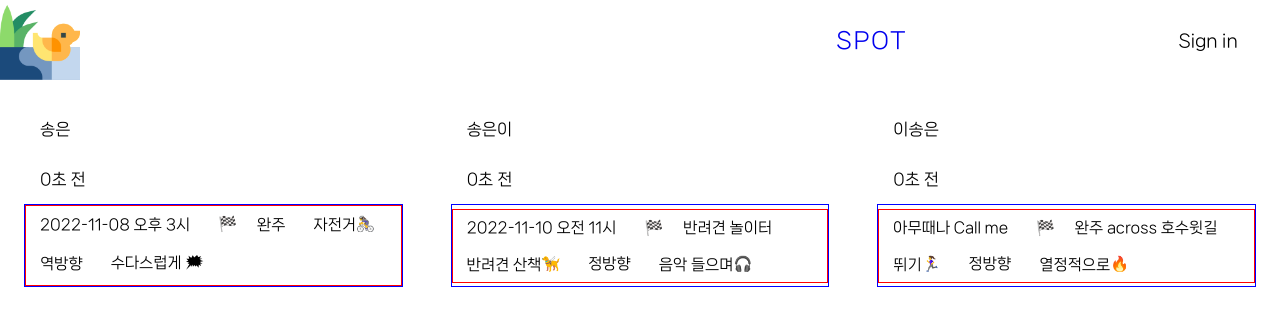
Repository: songeunleee/youngrangho
Page: /
These files come from the project's save history. The page is drawn as it stood at one moment and after the next save; the edit follows.
The browser window is 1280 px wide. The pictures show the whole page.
Some web libraries are served in a nearby version. The project was rebuilt for these pictures with package versions that can differ from the ones it lists, and the page was loaded fresh each time. Some packages were replaced by stand-ins written for this rebuild. Also part of the build but not shown: src/app.module.css, src/components/activity/activity.module.css, src/components/footer/footer.module.css, src/components/footer/footer.jsx, src/components/home/home.module.css, src/components/home/home.jsx, src/components/add_spot/add_spot.module.css, src/components/add_spot/add_spot.jsx and 6 more.

Above is the page before, as saved 2022-11-08 18:59:55.

### public/index.html
<!DOCTYPE html>
<html lang="en">
  <head>
    <meta charset="utf-8" />
    <script src="https://cdn.jsdelivr.net/npm/sweetalert2@10"></script>
    <script
      src="https://kit.fontawesome.com/7fb71a1d7b.js"
      crossorigin="anonymous"
    ></script>
    <link rel="icon" href="%PUBLIC_URL%/favicon.ico" />
    <meta name="viewport" content="width=device-width, initial-scale=1" />
    <meta name="theme-color" content="#000000" />
    <link rel="preconnect" href="https://fonts.googleapis.com" />
    <link rel="preconnect" href="https://fonts.gstatic.com" crossorigin />
    <link
      href="https://fonts.googleapis.com/css2?family=Noto+Sans+KR:wght@100;300;400&family=Noto+Serif+KR:wght@200;400&family=Varela+Round&display=swap"
      rel="stylesheet"
    />

    <meta
      name="description"
      content="Web site created using create-react-app"
    />
    <link rel="apple-touch-icon" href="%PUBLIC_URL%/logo192.png" />
    <!--
      manifest.json provides metadata used when your web app is installed on a
      user's mobile device or desktop. See https://developers.google.com/web/fundamentals/web-app-manifest/
    -->
    <link rel="manifest" href="%PUBLIC_URL%/manifest.json" />
    <!--
      Notice the use of %PUBLIC_URL% in the tags above.
      It will be replaced with the URL of the `public` folder during the build.
      Only files inside the `public` folder can be referenced from the HTML.

      Unlike "/favicon.ico" or "favicon.ico", "%PUBLIC_URL%/favicon.ico" will
      work correctly both with client-side routing and a non-root public URL.
      Learn how to configure a non-root public URL by running `npm run build`.
    -->
    <title>React App</title>
  </head>
  <body>
    <noscript>You need to enable JavaScript to run this app.</noscript>
    <div id="root"></div>
    <!--
      This HTML file is a template.
      If you open it directly in the browser, you will see an empty page.

      You can add webfonts, meta tags, or analytics to this file.
      The build step will place the bundled scripts into the <body> tag.

      To begin the development, run `npm start` or `yarn start`.
      To create a production bundle, use `npm run build` or `yarn build`.
    -->
  </body>
</html>

### src/index.js
import React from "react";
import ReactDOM from "react-dom/client";
import "./index.css";
import App from "./app";
import { firebaseApp } from "./service/firebase";
import AuthService from "./service/auth_service";
import FileUpload from "./service/file_upload";
import Repository from "./service/repositiry";

const repository = new Repository(firebaseApp);
const fileUpload = new FileUpload(firebaseApp);
const authService = new AuthService(firebaseApp);

const root = ReactDOM.createRoot(document.getElementById("root"));
root.render(
  <React.StrictMode>
    <App
      authService={authService}
      fileUpload={fileUpload}
      repository={repository}
    />
  </React.StrictMode>
);

### src/index.css
@font-face {
  font-family: "font1";
  src: url("../public/fonts/NanumSquareNeo-aLt.ttf") format("truetype");
  font-weight: normal;
}

@font-face {
  font-family: "font2";
  src: url("../public/fonts/NanumSquareNeo-bRg.ttf") format("truetype");
  font-weight: bold;
}

@font-face {
  font-family: "font3";
  src: url("../public/fonts/NanumSquareNeo-cBd.ttf") format("truetype");
  font-weight: bold;
}

@font-face {
  font-family: "font4";
  src: url("../public/fonts/NanumSquareNeo-eHv.ttf") format("truetype");
  font-weight: bold;
}
body {
  margin: 0;
  font-family: -apple-system, BlinkMacSystemFont, "Segoe UI", "Roboto", "Oxygen",
    "Ubuntu", "Cantarell", "Fira Sans", "Droid Sans", "Helvetica Neue",
    sans-serif;
  -webkit-font-smoothing: antialiased;
  -moz-osx-font-smoothing: grayscale;
  height: 100%;
}

code {
  font-family: source-code-pro, Menlo, Monaco, Consolas, "Courier New",
    monospace;
}
html {
}
#root {
  margin: 0;
  display: flex;
  flex-direction: column;
  height: 100%;
}

### src/app.jsx
import { useEffect, useState } from "react";
import { BrowserRouter, Route, Routes } from "react-router-dom";
import styles from "./app.module.css";
import Activity from "./components/activity/activity";
import Footer from "./components/footer/footer";
import Header from "./components/header/header";
import Home from "./components/home/home";
import Spot from "./components/spot/spot";

function App({ authService, fileUpload, repository }) {
  const [user, setUser] = useState(null);

  const getUser = (user) => {
    setUser(user);
  };

  useEffect(() => {
    authService.onAuthChange((user) => {
      if (user) {
        setUser(user);
      } else {
      }
    });
  }, [authService]);

  return (
    <>
      <BrowserRouter>
        <Header authService={authService} getUser={getUser} user={user} />
        <Routes>
          <Route
            path="/"
            element={<Activity authService={authService} user={user} />}
          />
          <Route
            path="/activity"
            element={<Activity authService={authService} user={user} />}
          />
          <Route
            path="/spot"
            element={
              <Spot
                authService={authService}
                user={user}
                fileUpload={fileUpload}
                repository={repository}
              />
            }
          />
        </Routes>
      </BrowserRouter>
    </>
  );
}

export default App;

### src/service/firebase.js
import { initializeApp } from "firebase/app";

const firebaseConfig = {
  apiKey: "AIzaSyA1QsOldBRNtAOG8_cfGoyHxB8PmdZT3xA",
  authDomain: "youngrangho-d9473.firebaseapp.com",
  projectId: "youngrangho-d9473",
  storageBucket: "youngrangho-d9473.appspot.com",
  messagingSenderId: "558891074778",
  appId: "1:558891074778:web:a513dfcb578ca1084111e3",
  measurementId: "G-VKW34V7D4J",
};

export const firebaseApp = initializeApp(firebaseConfig);

### src/service/auth_service.js
import {
  getAuth,
  signInWithPopup,
  GoogleAuthProvider,
  onAuthStateChanged,
} from "firebase/auth";
class AuthService {
  constructor() {
    this.auth = getAuth();
    this.provider = new GoogleAuthProvider();
  }
  signin() {
    return signInWithPopup(this.auth, this.provider);
  }

  signout() {
    const auth = getAuth();
    auth.signOut();
  }

  onAuthChange(onUserChanged) {
    const auth = getAuth();
    return onAuthStateChanged(auth, (user) => {
      onUserChanged(user);
    });
  }
}
export default AuthService;

### src/service/file_upload.js
import { getStorage, ref, uploadBytes, getDownloadURL } from "firebase/storage";

class FileUpload {
  constructor() {
    this.storage = getStorage();
  }

  async upload(file) {
    this.storageRef = ref(this.storage, `spot/${file.name}`);
    const img = await uploadBytes(this.storageRef, file);
    return getDownloadURL(ref(this.storage, img.ref.fullPath));
  }
}

export default FileUpload;

### src/service/repositiry.js
import {
  getDatabase,
  ref,
  set,
  remove,
  onValue,
  off,
  update,
} from "firebase/database";

class Repository {
  constructor() {
    this.db = getDatabase();
  }

  syncSpots(userId, onUpdate) {
    const query = ref(this.db, `spots`);
    onValue(query, (snapshot) => {
      const value = snapshot.val();
      value && onUpdate(value);
    });
    return () => off(query);
  }

  saveSpot(userId, spot) {
    set(ref(this.db, `spots/${spot.id}`), spot);
  }
  removeSpot(userId, spot) {
    const spotRef = ref(this.db, `spots/${spot.id}`);
    remove(spotRef);
  }
}
export default Repository;

### src/components/activity/activity.jsx
import { set } from "firebase/database";
import React from "react";
import { useState } from "react";
import { useEffect } from "react";
import { useLocation } from "react-router-dom";
import ActivityList from "../activity_list/activity_list";
import Header from "../header/header";
import styles from "./activity.module.css";

const Activity = ({ authService, user }) => {
  const [cards, setCards] = useState({
    1: {
      id: 1,
      author: "송은",
      createTime: Date.now(),
      appointment: "2022-11-08 오후 3시",
      mean: "자전거🚴‍♀️",
      course: "역방향",
      goal: "완주",
      mode: "수다스럽게 🗯",
    },
    2: {
      id: 2,
      author: "송은이",
      createTime: Date.now(),
      appointment: "2022-11-10 오전 11시",
      mean: "반려견 산책🦮",
      course: "정방향",
      goal: "반려견 놀이터",
      mode: "음악 들으며🎧",
    },
    3: {
      id: 3,
      author: "이송은",
      createTime: Date.now(),
      appointment: "아무때나 Call me",
      mean: "뛰기🏃‍♀️",
      course: "정방향",
      goal: "완주 across 호수윗길",
      mode: "열정적으로🔥",
    },
  });

  return <ActivityList cards={cards} />;
};
export default Activity;

### src/components/header/header.jsx
import React, { useEffect } from "react";
import { useState } from "react";
import { Link, useLocation } from "react-router-dom";
import styles from "./header.module.css";

const Header = ({ authService, getUser, user }) => {
  const location = useLocation().pathname;

  const isSpot = (location) => {
    return location === "/spot" ? true : false;
  };
  console.log(isSpot(location));
  const onSignin = () => {
    authService.signin().then((data) => getUser(data.user));
  };

  const onSignout = () => {
    authService.signout();
    getUser(null);
  };

  return (
    <header className={styles.header}>
      <Link
        className={`${styles.logolink} ${
          !isSpot(location) ? styles.activity : null
        } `}
        to={"/"}
      >
        <img className={styles.logo} src="./images/duck (1).png" alt="" />
      </Link>
      <Link
        className={`${styles.link} ${
          !isSpot(location) ? styles.activity : null
        }`}
        to={"/activity"}
      >
        ACTIVITY
      </Link>
      <Link
        className={`${styles.link} ${isSpot(location) ? styles.spot : null}`}
        to={"/spot"}
      >
        SPOT
      </Link>

      {user ? (
        <div className={styles.signIn}>
          <img className={styles.img} src={user.photoURL} alt="" />
          <p className={styles.name}>{user.displayName}</p>
          <button
            className={`${styles.button} ${styles.sign}`}
            onClick={onSignout}
          >
            Sign out
          </button>
        </div>
      ) : (
        <button className={`${styles.button}`} onClick={onSignin}>
          Sign in
        </button>
      )}
    </header>
  );
};

export default Header;

### src/components/activity_list/activity_list.jsx
import React from "react";
import ActivityItem from "../activity_item/activity_item";
import styles from "./activity_list.module.css";

const ActivityList = ({ cards, user }) => {
  return (
    <section className={styles.list}>
      {Object.keys(cards).map((key) => (
        <ActivityItem key={key} card={cards[key]} user={user} />
      ))}
    </section>
  );
};

export default ActivityList;

### src/components/header/header.module.css
@value mainBlue, mainLightBlue,sideBlue, textWhite from '../../common/colors.css';
@value mediaQuery from '../../common/size.css';

.header {
  display: flex;
  height: 5rem;
  align-items: center;
  position: relative;
}
.logolink {
  height: 100%;
}

.logolink.activity {
  background-color: white;
}
.logo {
  height: 100%;

  transition: all 150ms ease-in;
}

.logo:hover {
  background-color: mainBlue;
}
.link {
  height: 100%;
  display: flex;
  justify-content: center;
  align-items: center;
  flex: 0.8;
  text-decoration: none;
  color: mainBlue;
  font-size: 1.4rem;
  font-family: "font2";
  letter-spacing: 2px;
  font-weight: 500;
  text-align: center;
  transition: letter-spacing 150ms ease-in;
}

.link.spot {
  background-color: mainBlue;
  color: white;
}

.link.activity {
  background-color: mainBlue;
  color: white;
}

.signIn {
  flex: 0.4;
  display: flex;
  justify-content: center;
  align-items: center;
  padding-left: 0.5rem;
  padding-right: 0.5rem;
}

.img {
  border-radius: 50%;
  width: 50px;
  height: 50px;
}

.name {
  padding-left: 1rem;
  padding-right: 1rem;
  font-family: "font3";
  color: sideBlue;
}

.button.sign {
  flex: 0.6;
  width: 100%;
}

.button {
  font-size: 1.1rem;
  font-weight: 500;
  font-family: "font2";
  flex: 0.2;
  background: none;
  cursor: pointer;
  border: none;
  color: mainBlue;
  transition: letter-spacing 250ms ease-in;
}

.link:hover {
  letter-spacing: 0;
}

.button:hover {
  letter-spacing: 1px;
}

@media screen and (max-width: mediaQuery) {
  .name {
    display: none;
  }
  .img {
    display: none;
  }
  .logolink {
    display: none;
  }
}

### src/components/activity_item/activity_item.jsx
import React from "react";
import styles from "./activity_item.module.css";

const ActivityItem = ({ card }) => {
  const { id, author, createTime, appointment, mean, course, goal, mode } =
    card;

  const publishedAt = (publishedAt) => {
    const now = new Date();
    const time = new Date(publishedAt);

    const t = (now - time) / 1000;

    if (t < 60) return Math.floor(t) + "초 전";
    const tm = t / 60;
    if (tm < 60) return Math.floor(tm) + "분 전";
    const th = tm / 60;
    if (th < 24) return Math.floor(th) + "시간 전";
    const td = th / 24;
    if (td < 8) return Math.floor(td) + "일 전";
    const tw = td / 7;
    if (tw < 5) return Math.floor(tw) + "주 전";
    const tmon = td / 30;
    if (tw < 30) return Math.floor(tmon) + "달 전";
    const ty = td / 365;
    return Math.floor(ty) + "년 전";
  };

  return (
    <section className={styles.card}>
      <div className={styles.info}>
        <p className={styles.author}>{author}</p>
        <p className={styles.createTime}>{publishedAt(Date(createTime))}</p>
      </div>
      <div className={styles.contentBox}>
        <div className={styles.content}>
          {appointment && (
            <div className={`${styles.chip} ${styles.appointment}`}>
              {appointment}
              <i
                className={`fa-solid fa-circle-xmark ${styles.chipDelete}`}
              ></i>
            </div>
          )}

          {goal && (
            <div className={`${styles.chip} ${styles.goal}`}>
              <div className={styles.G}>🏁</div>
              {goal}
              <i
                className={`fa-solid fa-circle-xmark ${styles.chipDelete}`}
              ></i>
            </div>
          )}
          {mean && (
            <div className={`${styles.chip} ${styles.mean}`}>
              {mean}
              <i
                className={`fa-solid fa-circle-xmark ${styles.chipDelete}`}
              ></i>
            </div>
          )}
          {course && (
            <div className={`${styles.chip} ${styles.course}`}>
              {course}
              <i
                className={`fa-solid fa-circle-xmark ${styles.chipDelete}`}
              ></i>
            </div>
          )}
          {mode && (
            <div className={`${styles.chip} ${styles.mode}`}>
              {mode}
              <i
                className={`fa-solid fa-circle-xmark ${styles.chipDelete}`}
              ></i>
            </div>
          )}
        </div>
      </div>
    </section>
  );
};

export default ActivityItem;

### src/components/activity_list/activity_list.module.css
.list {
  display: flex;
  flex-wrap: wrap;
  margin-top: 0.5rem;
}

### src/components/activity_item/activity_item.module.css
@value mainBlue,mainLightBlue,sideBlue,textWhite from '../../common/colors.css';

* {
  font-family: font2;
}

.card {
  display: flex;
  flex-direction: column;
  border: 1px mainLightBlue solid;
  margin: 0.5rem 1rem;
  padding: 0.5rem 0.5rem;
  flex: 1;
  height: auto;
  border-radius: 18px;
}
.info {
}
.author {
  margin: 0;
  padding: 1rem;
}
.createTime {
  margin: 0.5rem;
  padding: 0.5rem;
  border-bottom: 1px dashed mainBlue;
}

.contentBox {
  display: flex;
  flex: 1;
  align-items: center;
  border: 1px blue solid;
  justify-content: center;
}
.content {
  display: flex;
  flex-wrap: wrap;
  border: 1px red solid;
}
.chip {
  font-size: 15px;
  flex-wrap: nowrap;
  background-color: mainLightBlue;
  width: fit-content;
  border-radius: 18px;
  padding: 5px 10px;
  margin: 0.25rem 0.25rem;
  display: flex;
  align-items: center;
  cursor: pointer;
  transition: transform 200ms ease-in;
}

.chip.appointment {
  background-color: mainBlue;
}

.chip.goal {
  padding-top: 0;
  padding-bottom: 0;
}

.G {
  position: relative;
  background-color: sideBlue;
  border-radius: 18px;
  padding-top: 5px;
  padding-bottom: 5px;
  padding-right: 10px;
  padding-left: 10px;
  right: 10px;
}

.chip:hover {
  transform: ;
}
.chipDelete {
  display: none;
  color: rgb(255, 255, 255);
  margin-left: 0.3rem;
  opacity: 0.9;
  border: none;
}

After the next save:
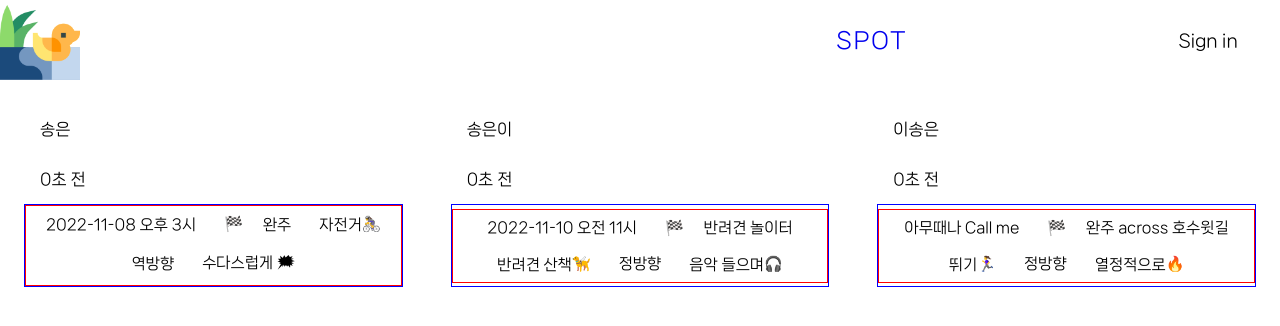
Saved 29 s later.
--- a/src/components/activity_item/activity_item.module.css
+++ b/src/components/activity_item/activity_item.module.css
@@ -31,9 +31,9 @@
   flex: 1;
   align-items: center;
   border: 1px blue solid;
-  justify-content: center;
 }
 .content {
+  justify-content: center;
   display: flex;
   flex-wrap: wrap;
   border: 1px red solid;
